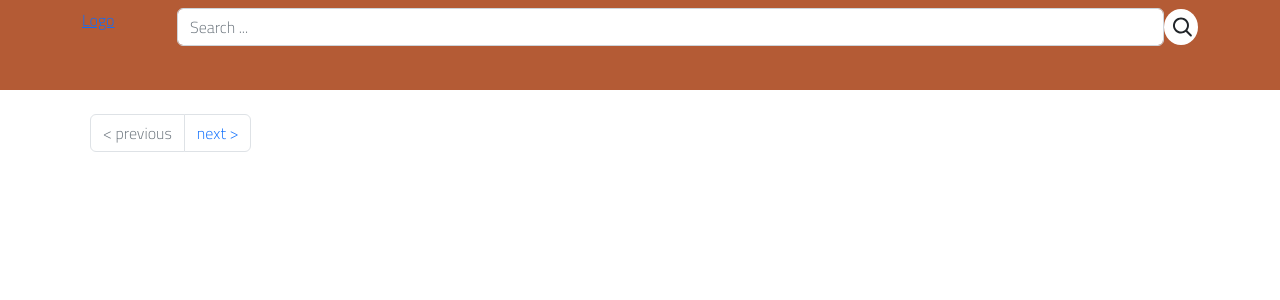
Repository: SD-Mdouka/react-table
Page: /
An editor plug-in stored every save of this project. The page is shown before and after the next save, followed by the edit.
The browser window is 1280 px wide. The pictures show the whole page.
The page's requests for data from a server got no answer. The project was rebuilt for these pictures with package versions that can differ from the ones it lists, and the page was loaded fresh each time. No one was signed in, and anything a server would have sent is missing. Also part of the build but not shown: src/react-table-filter/table-list-card/components/CardMovies.tsx, src/react-table-filter/table-list-card/components/MoviesDeatiles.tsx.

Above is the page before, as saved 2022-10-17 00:25:16.

After the next save:
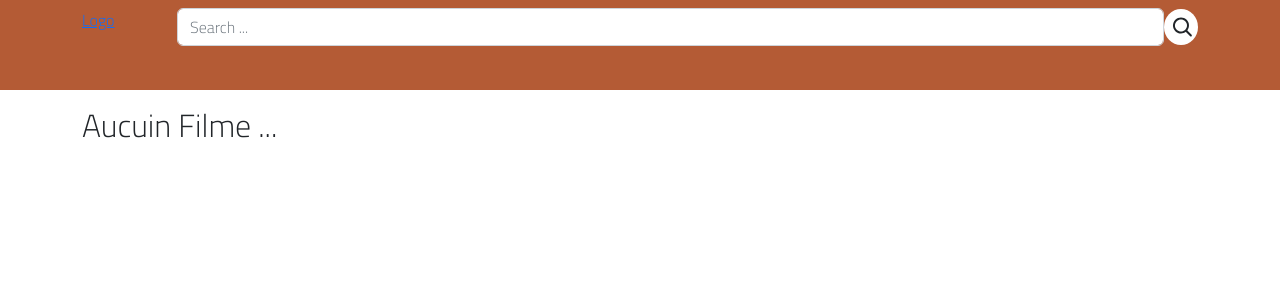
Saved 3 min 23 s later.
--- a/src/react-table-filter/table-list-card/components/CardMoviesList.tsx
+++ b/src/react-table-filter/table-list-card/components/CardMoviesList.tsx
@@ -7,11 +7,18 @@ import Pageination from "./Pageination";
 const CardMoviesList = ({ movies, getPage, countPages }: any) => {
   return (
     <Row className="mt-3">
-      {movies.map((mov: any) => {
-        return <CardMovies key={mov.id} mov={mov} />;
-      })}
-
-      <Pageination getPage={getPage} countPages={countPages} />
+      {movies.length >= 1 ? (
+        movies.map((mov: any) => {
+          return <CardMovies key={mov.id} mov={mov} />;
+        })
+      ) : (
+        <h2>Aucuin Filme ...</h2>
+      )}
+      {movies.length >= 1 ? (
+        <Pageination getPage={getPage} countPages={countPages} />
+      ) : (
+        ""
+      )}
     </Row>
   );
 };
